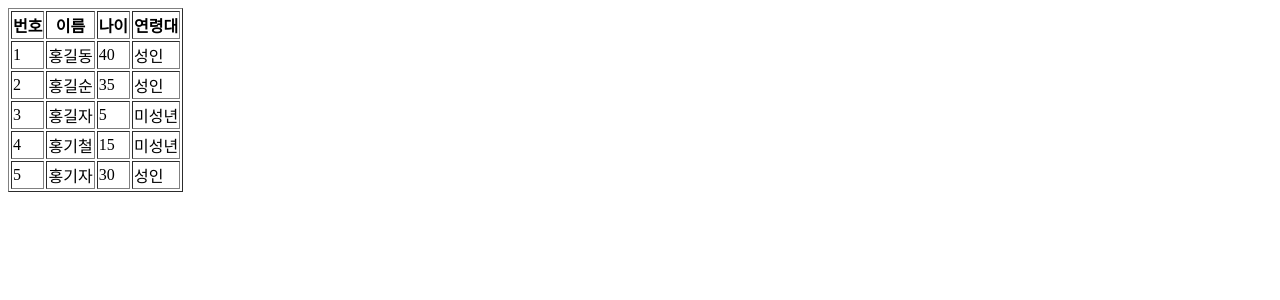
Repository: novemberjj/jsp
Page: http://localhost/jstl_study/step8.jsp
The author's editor kept a copy of each file at every save. The page is drawn from the files as they stood at one save, then again after the next save.
The browser window is 1280 px wide. The pictures show the whole page.
The page is served by Tomcat 9.

Above is the page before, as saved 2023-05-10 03:41:40.

After the next save:
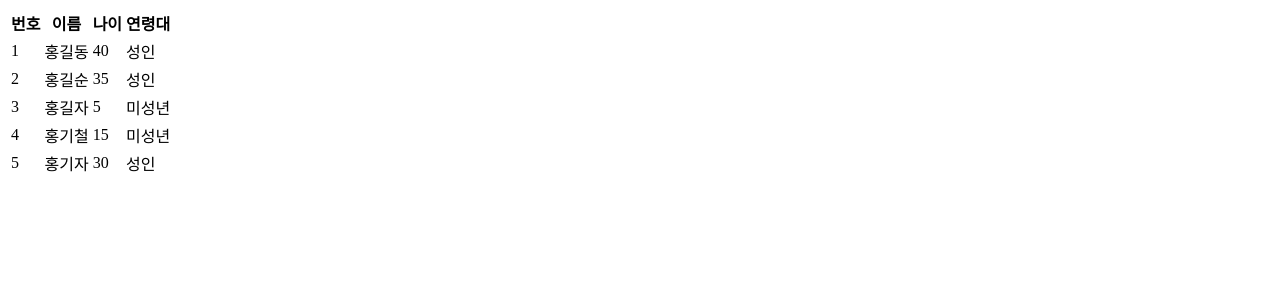
Saved 3 min 4 s later.
--- a/jstl_project/jstl_study/src/main/webapp/step8.jsp
+++ b/jstl_project/jstl_study/src/main/webapp/step8.jsp
@@ -8,6 +8,7 @@
 <head>
 <meta charset="UTF-8">
 <title>Insert title here</title>
+<script url="https://getbootstrap.kr/docs/5.2/content/tables/#%ed%98%b8%eb%b2%84%ed%95%a0-%ec%88%98-%ec%9e%88%eb%8a%94-%ed%96%89"></script>
 </head>
 <body>
 <%
@@ -23,7 +24,7 @@ list.add(new PersonVO("홍기자",30));
 request.setAttribute("list", list);
 %>
 <!-- 테이블을 생성하여  -->
-<table border="1px solid black">
+<table class="table table-hover">
 <thead>
 <tr>
 <th>번호</th>
@@ -34,7 +35,6 @@ request.setAttribute("list", list);
 </thead>
 
 <tbody>
-
 <c:forEach items="${list}" var="tmp" varStatus="i">
 <tr>
 <td>${i.count }</td>
@@ -51,11 +51,11 @@ request.setAttribute("list", list);
 </c:choose>
 </td>
 </tr>
-
 </c:forEach>
-
 </tbody>
 
 </table>
+
+
 </body>
 </html>
